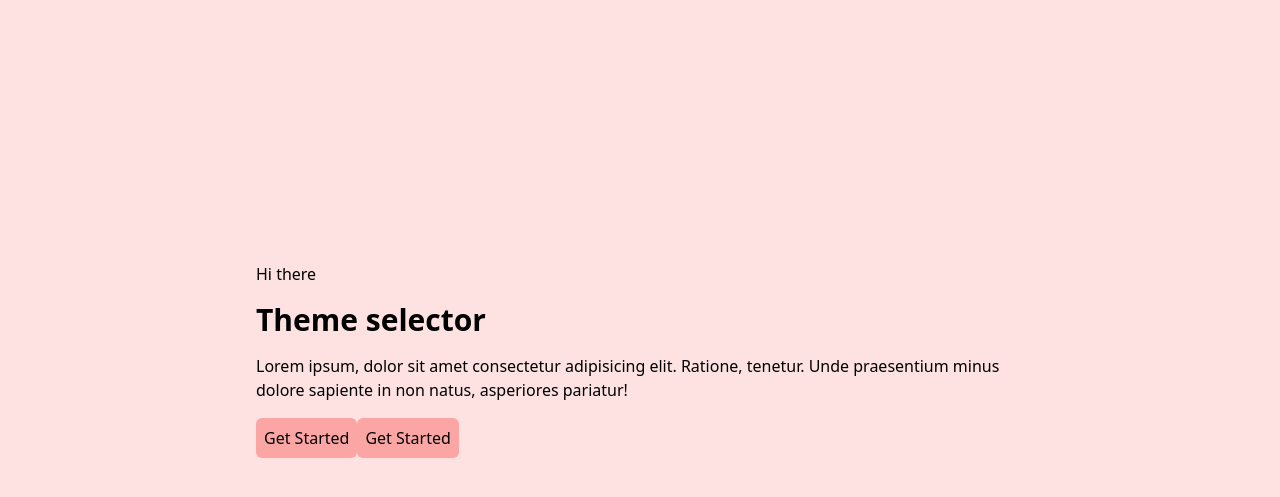
Repository: prince-bansal/tailwind-theme-switcher
Page: /
The author's editor kept a copy of each file at every save. The page is drawn from the files as they stood at one save, then again after the next save.
The browser window is 1280 px wide. The pictures show the whole page.
The project was rebuilt for these pictures with package versions that can differ from the ones it lists, and the page was loaded fresh each time. Also part of the build but not shown: vite.config.ts, src/App.css.

Above is the page before, as saved 2024-03-17 19:09:09.

After the next save:
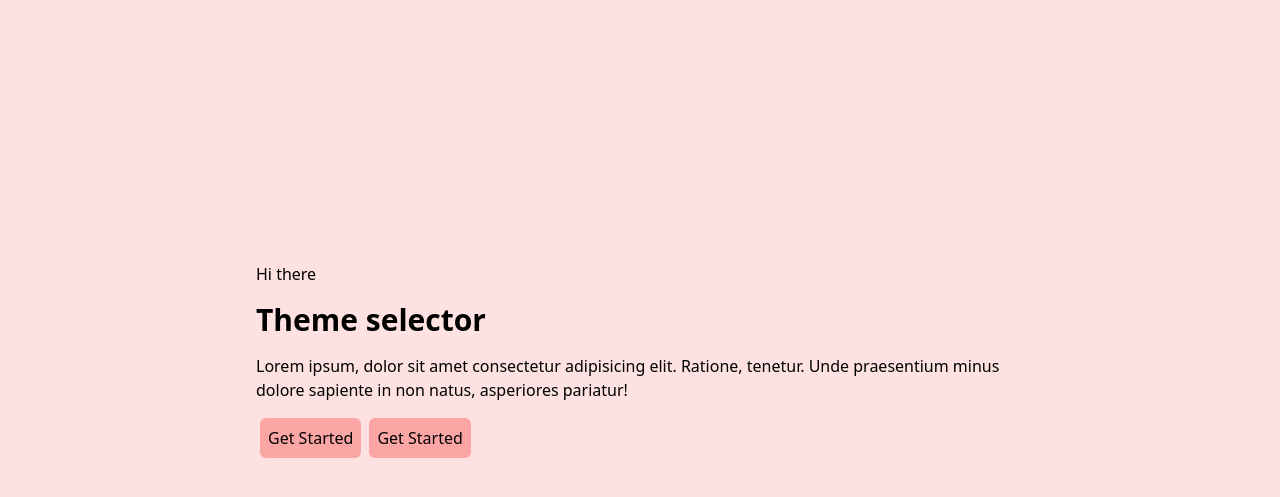
Saved 5 s later.
--- a/src/App.tsx
+++ b/src/App.tsx
@@ -12,8 +12,8 @@ function App() {
           tenetur. Unde praesentium minus dolore sapiente in non natus,
           asperiores pariatur!
         </p>
-        <button className="mt-4 bg-red-300 p-2 rounded-md">Get Started</button>
-        <button className="mt-4 bg-red-300 p-2 rounded-md">Get Started</button>
+        <button className="mt-4 bg-red-300 p-2 mx-1 rounded-md">Get Started</button>
+        <button className="mt-4 bg-red-300 p-2 mx-1 rounded-md">Get Started</button>
 
       </div>{" "}
     </div>
